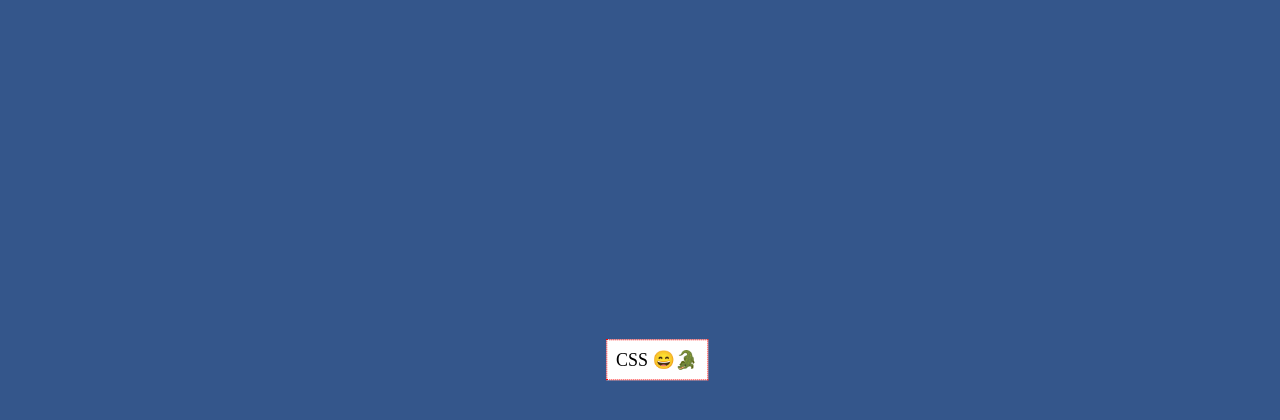
Repository: linas-dev/HTML-CSS-Projects
Page: Basic_HTML_and_CSS/Basic_HTML_4.html
These files come from the project's save history. The page is drawn as it stood at one moment and after the next save; the edit follows.
The browser window is 1280 px wide. The pictures show the whole page.

Above is the page before, as saved 2021-05-26 23:41:49.

### Basic_HTML_and_CSS/Basic_HTML_4.html
<!DOCTYPE html>
<html lang="en">
<head>
    <meta charset="UTF-8">
    <meta http-equiv="X-UA-Compatible" content="IE=edge">
    <meta name="viewport" content="width=device-width, initial-scale=1.0">
    <link rel="stylesheet" href="Basic_CSS_1.css">
    <title>Document</title>
</head>
<body>
    <article>
        <div class="container">
            <p class="main-center">CSS 😄🐊</p>
        </div>
    </article>
</body>
</html>

### Basic_HTML_and_CSS/Basic_CSS_1.css
body {
    background-color: #34568B;
}
.container {
    position: absolute;
    top: 50%;
    left: 50%;
    transform: translate(-50%, -50%);
}

.main-center {
    background-color: white;
    font-family: "Pattaya";
    font-size: large;
    margin: 10%;
    padding: 10%;
    color: black;
    width: 100%;
    height: 50%;
    border: 1px dotted red;
}

After the next save:
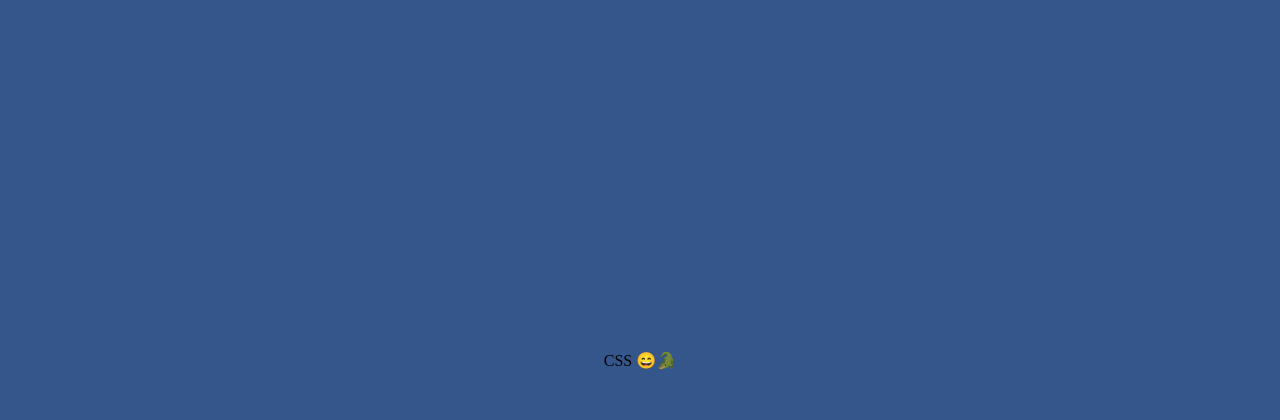
Saved 77 s later.
--- a/Basic_HTML_and_CSS/Basic_CSS_1.css
+++ b/Basic_HTML_and_CSS/Basic_CSS_1.css
@@ -8,7 +8,7 @@ body {
     transform: translate(-50%, -50%);
 }
 
-.main-center {
+.my_style {
     background-color: white;
     font-family: "Pattaya";
     font-size: large;

After the save that followed:
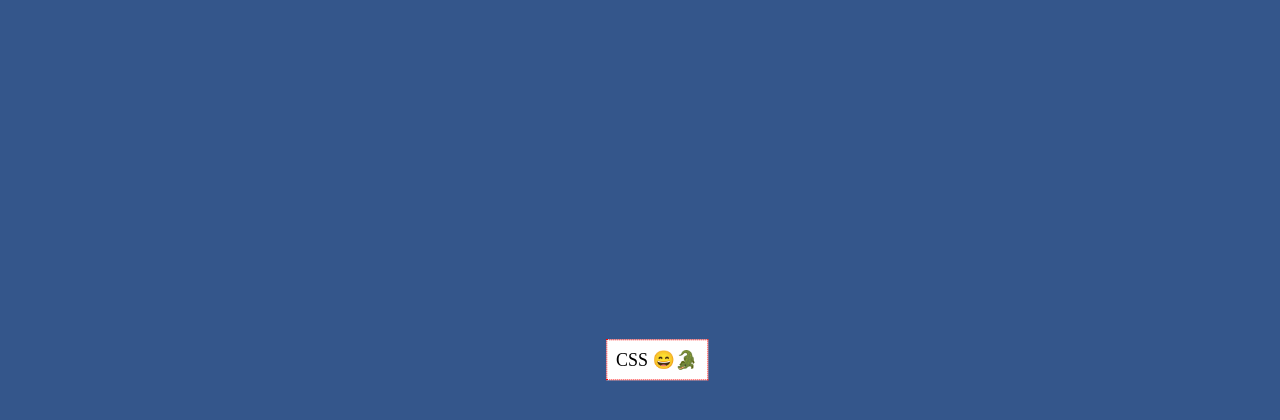
Saved 5 s later.
--- a/Basic_HTML_and_CSS/Basic_HTML_4.html
+++ b/Basic_HTML_and_CSS/Basic_HTML_4.html
@@ -10,7 +10,7 @@
 <body>
     <article>
         <div class="container">
-            <p class="main-center">CSS 😄🐊</p>
+            <p class="my_style">CSS 😄🐊</p>
         </div>
     </article>
 </body>
